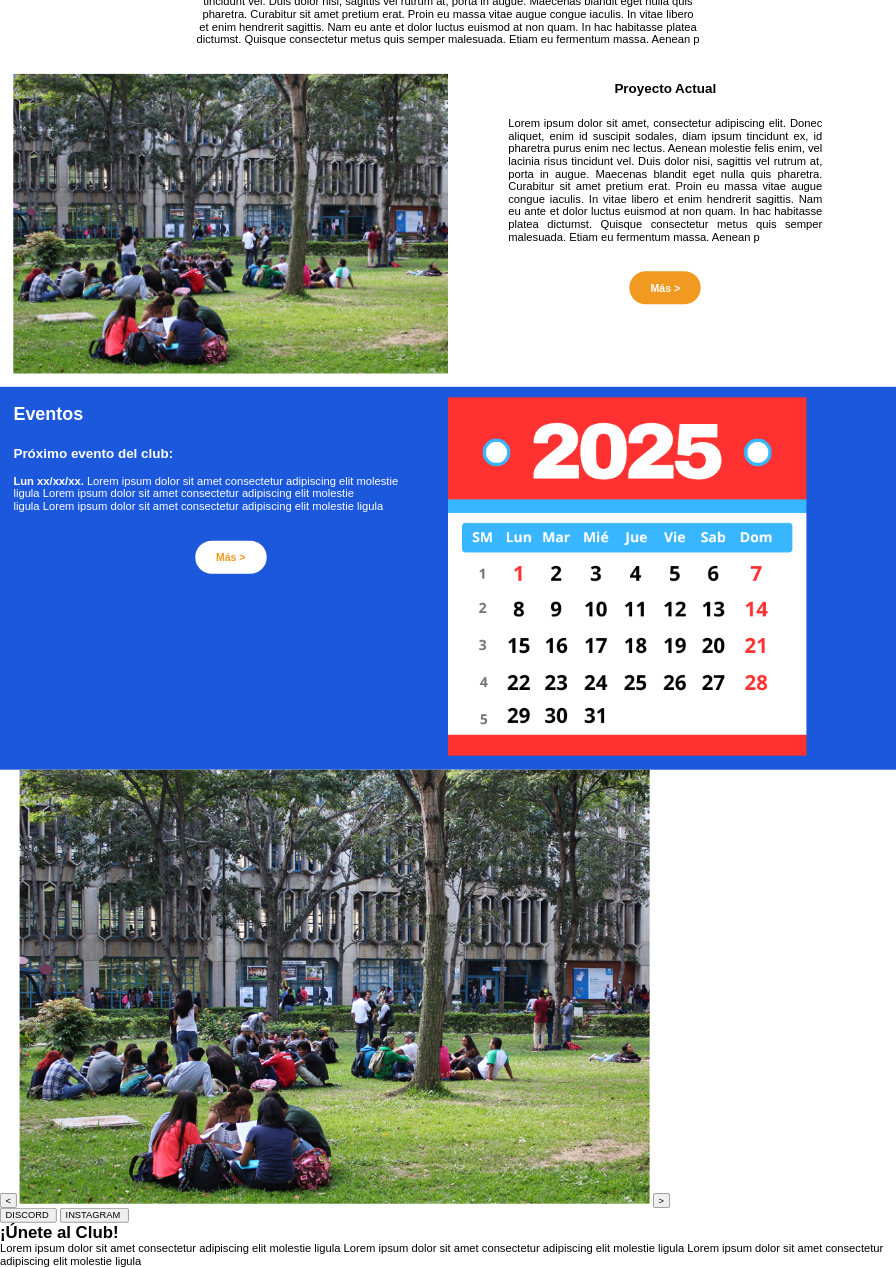
Repository: LuisR404/LandingPage
Page: Pages/QuienesSomos.html
These files come from the project's save history. The page is drawn as it stood at one moment and after a run of saves; the edit follows.
The browser window is 1280 px wide. The pictures show the part of the page from y = 692 to 2612 px (the page is 2502 px tall before and 2612 px after), at 70% of full size.

Above is the page before, as saved 2025-11-10 14:29:27.

### Pages/QuienesSomos.html
<!DOCTYPE html>
<html lang="es">
<head>
    <meta charset="UTF-8">
    <meta name="viewport" content="width=device-width, initial-scale=1.0">
    <link rel="stylesheet" href="../Styles/CommonStyles.css">   <!-- ESTILOS GENERALES -->
    <link rel="stylesheet" href="../Styles/QuienesSomos.css">   <!-- ESTILOS DE LA PÁGINA -->
    <title>Quienes Somos</title>
</head>

<body>
    <!-- TITULO -->
    <section class="header">
        <img src="../resources/club_icon.jpg" alt="" id="header-logo">
        <h1>UCAB | Club de Programación</h1>
    </section>

    <!-- NAV BAR -->
    <nav class="header-nav">
        <ul>
            <li><a href="./QuienesSomos.html">¿Quienes Somos?</a></li>
            <li><a href="./ActividadesYProyectos.html">Actividades y Proyectos</a></li>
            <li><a href="./CalendarioYEventos.html">Calendario y Eventos</a></li>
            <li><a href="./Galeria.html">Galería</a></li>
        </ul>
    </nav>

    <!-- QUIENES SOMOS -->
    <section class="quienes-somos">
        <div class="container">
            <div id="quienes-somos-text">
                <h2>¿Quiénes Somos?</h2>
                <p>
                    Lorem ipsum dolor sit amet consectetur adipiscing elit molestie ligula
                    Lorem ipsum dolor sit amet consectetur adipiscing elit molestie ligula
                    Lorem ipsum dolor sit amet consectetur adipiscing elit molestie ligula
                    Lorem ipsum dolor sit amet consectetur adipiscing elit molestie ligula
                </p>
            </div>

            <div id="quienes-somos-img">
                <img src="../resources/test_img.jpg" alt="">
            </div>
        </div>
    </section>

    <!-- RETOS DE FABIO -->
    <section class="retos-fabio">
        <div>
            <h3><i>RETOS DE FABIO</i></h3>
            <p>Descubre los retos de Fabio</p>
        </div>

        <img src="../resources/fabio.png" alt="">
    </section>

    <!-- ACTIVIDADES Y PROYECTOS -->
    <section class="actividades-proyectos">
        <h2>Actividades y Proyectos</h2>

        <p>
            Lorem ipsum dolor sit amet, consectetur adipiscing elit. Donec aliquet,
            enim id suscipit sodales, diam ipsum tincidunt ex, id pharetra purus enim nec lectus.
            Aenean molestie felis enim, vel lacinia risus tincidunt vel. Duis dolor nisi, sagittis
            vel rutrum at, porta in augue. Maecenas blandit eget nulla quis pharetra. Curabitur sit amet pretium erat.
            Proin eu massa vitae augue congue iaculis. In vitae libero et enim hendrerit sagittis.
            Nam eu ante et dolor luctus euismod at non quam. In hac habitasse platea dictumst.
            Quisque consectetur metus quis semper malesuada. Etiam eu fermentum massa. Aenean p
        </p>

        <div class="proyecto">
            <img src="../resources/test_img.jpg" alt="">

            <div>

                <h3>Proyecto Actual</h3>

                <p>
                    Lorem ipsum dolor sit amet, consectetur adipiscing elit. Donec aliquet,
                    enim id suscipit sodales, diam ipsum tincidunt ex, id pharetra purus enim nec lectus.
                    Aenean molestie felis enim, vel lacinia risus tincidunt vel. Duis dolor nisi, sagittis
                    vel rutrum at, porta in augue. Maecenas blandit eget nulla quis pharetra. Curabitur sit amet pretium erat.
                    Proin eu massa vitae augue congue iaculis. In vitae libero et enim hendrerit sagittis.
                    Nam eu ante et dolor luctus euismod at non quam. In hac habitasse platea dictumst.
                    Quisque consectetur metus quis semper malesuada. Etiam eu fermentum massa. Aenean p
                </p>

                <button>Más ></button>
            </div>
        </div>
    </section>

    <!-- EVENTOS -->
    <section class="eventos">
        <div>

            <h2>Eventos</h2>

            <h3>Próximo evento del club:</h3>

            <p>
                <b>Lun xx/xx/xx.</b>
                Lorem ipsum dolor sit amet consectetur adipiscing elit molestie ligula
                Lorem ipsum dolor sit amet consectetur adipiscing elit molestie ligula
                Lorem ipsum dolor sit amet consectetur adipiscing elit molestie ligula
            </p>

            <button>Más ></button>

        </div>

        <img src="../resources/calendario_test_img.png" alt="">
    </section>

    <!-- CARRUSEL -->
    <section>
        <button><</button>

        <img src="../resources/test_img.jpg" alt="">

        <button>></button>
    </section>

    <!-- UNETE -->
    <section>
        <div>
            <button>DISCORD <img src="" alt=""></button>
            <button>INSTAGRAM <img src="" alt=""></button>
        </div>

        <div>
            <h2>¡Únete al Club!</h2>

            <p>
                Lorem ipsum dolor sit amet consectetur adipiscing elit molestie ligula
                Lorem ipsum dolor sit amet consectetur adipiscing elit molestie ligula
                Lorem ipsum dolor sit amet consectetur adipiscing elit molestie ligula
            </p>
        </div>
    </section>

</body>
</html>

### Styles/CommonStyles.css
/* ============ ESTILOS DE PAGINA ============ */
* {
    font-family: Arial, Helvetica, sans-serif;
    margin: 0;
}

img {
    max-width: 100% ;
}

/* ============ HEADER ============ */
.header {
    display: flex;
    justify-content: center;
    align-items: center;

    padding-top: 15px;
    padding-bottom: 15px;
}

.header h1 {  /* ------> titulo */
    font-size: clamp(17px, 4vw, 20px);
    white-space: nowrap;

    margin-left: 15px;
}

#header-logo {  /* ------> logo */
    width: clamp(32px, 7vw, 40px);
    height: clamp(32px, 7vw, 40px);

    border-radius: 40%;
}

/* ========== NAV BAR ========== */
.header-nav {
    display: flex;
    justify-content: center;

    padding-top: 7.5px;
    padding-bottom: 7.5px;


    background-color: #1C58DB;
}

.header-nav ul {  /* ------> lista */
    display: flex;
    flex-direction: row;
    justify-content: space-around;

    width: 1100px;

    padding: 0;

    list-style: none;
}

.header-nav ul li a {  /* ------> links */
    text-decoration: none;
    color: white;
}

### Styles/QuienesSomos.css
/* =========== QUIENES SOMOS =========== */

.quienes-somos {
    display: flex;
    justify-content: center;

    width: 100%;

    background-image: url(../resources//test_img.jpg);
    background-position: center;
    background-size: 100%;
    background-color: grey
}

.quienes-somos .container {
    display: grid;
    grid-template-rows: 1fr;
    grid-template-columns: 2fr 1fr;

    width: 100%;

    padding-top: clamp(5px, 1.2vw, 25px);
    padding-bottom: clamp(10px, 1.5vw, 30px);
    padding-left: clamp(2px, 1.5vw, 30px);
    padding-right: clamp(2px, 1.5vw, 30px);

    backdrop-filter: blur(5px);
}

/* -----------> texto <----------- */

#quienes-somos-text {  /* ----------> contenedor */
    display: flex;
    flex-direction: column;

    padding: 10px 4vw 10px 10px;
}


#quienes-somos-text h2 { /* ----------> subtitulo */
    font-size: clamp(20px, 2vw, 30px);
    font-weight: 800;
    white-space: nowrap;
    color: white;

    padding: 10px 15px 10px 15px;
    margin-bottom: 20px;

    border-radius: 30px;

    background-color: #1C58DB;
}

#quienes-somos-text p { /* ----------> parrafo */
    font-size: auto;
    color: white;

    justify-content: center;

    padding: 0px 20px;
}

/* -----------> imagen <----------- */

#quienes-somos-img { /* ----------> contenedor */
    width: 100%;
    height: auto;

    align-content: center;

    overflow: hidden;
}

#quienes-somos-img img{  /* ----------> imagen */
    width: 100%;
    height: auto;

    border: 1px solid   rgba(0, 0, 0, 0.2);
    border-radius: 18% 10px 18% 10px;

    background-color: rgba(255, 162, 0, 0.258);

    aspect-ratio: auto;
    object-fit: cover;
}

/* -----------> media queries <----------- */

@media (max-width: 600px) {

    .quienes-somos .container {
        grid-template-columns: 1fr; /* ------> ajusta la disposicion del grid */
    }

    #quienes-somos-img {
        display: none; /* --------> invisibiliza la imagen */
    }
}


/* =========== RETOS DE FABIO =========== */

.retos-fabio {
    display: grid;
    grid-template-columns: 1fr 300px;

    text-wrap: nowrap;

    margin-top: 10px;

    background-color: rgb(20, 0, 67);
    background-image: url('../resources/textura.jpg');
    background-size:15vw;
    background-blend-mode:color-burn;
}

/* -----------> texto <----------- */
.retos-fabio div {
    text-align: center;
    align-self: center;
    color: white;
    width: 100%;
}

/* -----------> imagen <----------- */
.retos-fabio img {
    justify-self: end;

    max-width: 200px;
    height: auto;

    margin-right: 100px;
    margin-top: 10px;
}

/* -----------> efecto hover <----------- */
.retos-fabio:hover {
    cursor: pointer;
}

/* -----------> media queries <----------- */

@media (max-width: 600px) {
    .retos-fabio {  /* ----------> ajusta la disposicion del grid */
        grid-template-columns: 1fr;
    }

    .retos-fabio img {  /* ----------> desaparece la imagen */
        display: none;
    }

    .retos-fabio div {  /* ----------> ajusta el texto y el margen */
        font-size: 12px;

        padding: 10px;
    }
}


/* =========== ACTIVIDADES Y PROYECTOS =========== */

.actividades-proyectos {
    display: flex;
    flex-direction: column;

    padding-top: clamp(5px, 1.2vw, 25px);
    padding-bottom: clamp(10px, 1.5vw, 30px);
    padding-left: clamp(2px, 1.5vw, 30px);
    padding-right: clamp(2px, 1.5vw, 30px);

}

.actividades-proyectos h2 {  /* ----------> subtitulo */
    font-size: clamp(20px, 2vw, 30px);
    font-weight: 800;
    text-align: center;
    white-space: nowrap;

    padding: 10px 15px 10px 15px;
    margin-bottom: 20px;
}

.actividades-proyectos p {  /* ----------> parrafo */
    text-align: center;
    text-wrap: balance;

    align-self: center;

    max-width: 60%;

    margin-bottom: 40px;
}

/* -----------> proyecto <----------- */

.proyecto {
    display: grid;
    grid-template-rows: 1fr;
    grid-template-columns: 1fr 1fr;
}

/* ----------->> imagen <<----------- */

.proyecto img {
    justify-self: right;
}

/* ----------->> texto <<----------- */

.proyecto div {  /* ----------> contenedor */
    display: flex;
    flex-direction: column;
    justify-self: left;

    padding-left: 30px;
    padding-right: 30px;
}

.proyecto div h3 {  /* ----------> subtitulo */
    font-size: clamp(15px, 1.5vw, 25px);
    font-weight: 800;
    text-align: center;
    white-space: nowrap;

    padding: 10px 15px 10px 15px;
    margin-bottom: 20px;
}

.proyecto div p {  /* ----------> parrafo */
    text-align: justify;
    hyphenate-limit-chars: 2;
    text-wrap: balance;

    align-self: center;

    max-width: 80%;

    margin-bottom: 40px;
}

.proyecto div button {  /* ----------> boton mas */
    font-size: 15px;
    font-weight: 800;
    color: white;

    align-self: center;

    width: fit-content;

    padding: 15px 30px;

    border: none;
    border-radius: 25px;
    background-color: #F29922;
}

/* =========== EVENTOS =========== */

.eventos {
    display: grid;
    grid-template-rows: 1fr;
    grid-template-columns: 1fr 1fr;

    max-width: 100%;

    padding-top: clamp(5px, 1.2vw, 25px);
    padding-bottom: clamp(10px, 1.5vw, 30px);
    padding-left: clamp(2px, 1.5vw, 30px);
    padding-right: clamp(2px, 1.5vw, 30px);

    background-color: #1C58DB;
}

/* ----------->> texto <<----------- */

.eventos div {
    display: flex;
    flex-direction: column;

    color: white;
}

.eventos div h2 {
    font-size: clamp(20px, 2vw, 30px);
    font-weight: 800;
    text-align: left;
    white-space: nowrap;

    padding: 10px 0px;
    margin-bottom: 20px;
}

.eventos div h3 {
    font-size: clamp(15px, 1.5vw, 25px);
    font-weight: 800;
    text-align: left;
    white-space: nowrap;

    margin-bottom: 20px;
}

.eventos div p {
    text-align: left;
    /* hyphenate-limit-chars: 2; */
    text-wrap: balance;
    align-self: left;

    margin-bottom: 40px;
}

.eventos div button {
    font-size: 15px;
    font-weight: 800;
    color: #F29922;

    align-self: center;

    width: fit-content;

    padding: 15px 30px;

    border: none;
    border-radius: 25px;
    background-color: white;
}

#eventos-img { /* ----------> contenedor */
    width: 100%;
    height: auto;

    align-content: center;

    overflow: hidden;
}

#eventos-img img{  /* ----------> imagen */
    width: 100%;
    height: auto;

    border: 1px solid   rgba(0, 0, 0, 0.2);
    border-radius: 18% 10px 18% 10px;

    background-color: rgba(255, 162, 0, 0.258);

    aspect-ratio: auto;
    object-fit: cover;
}

After the next 2 saves:
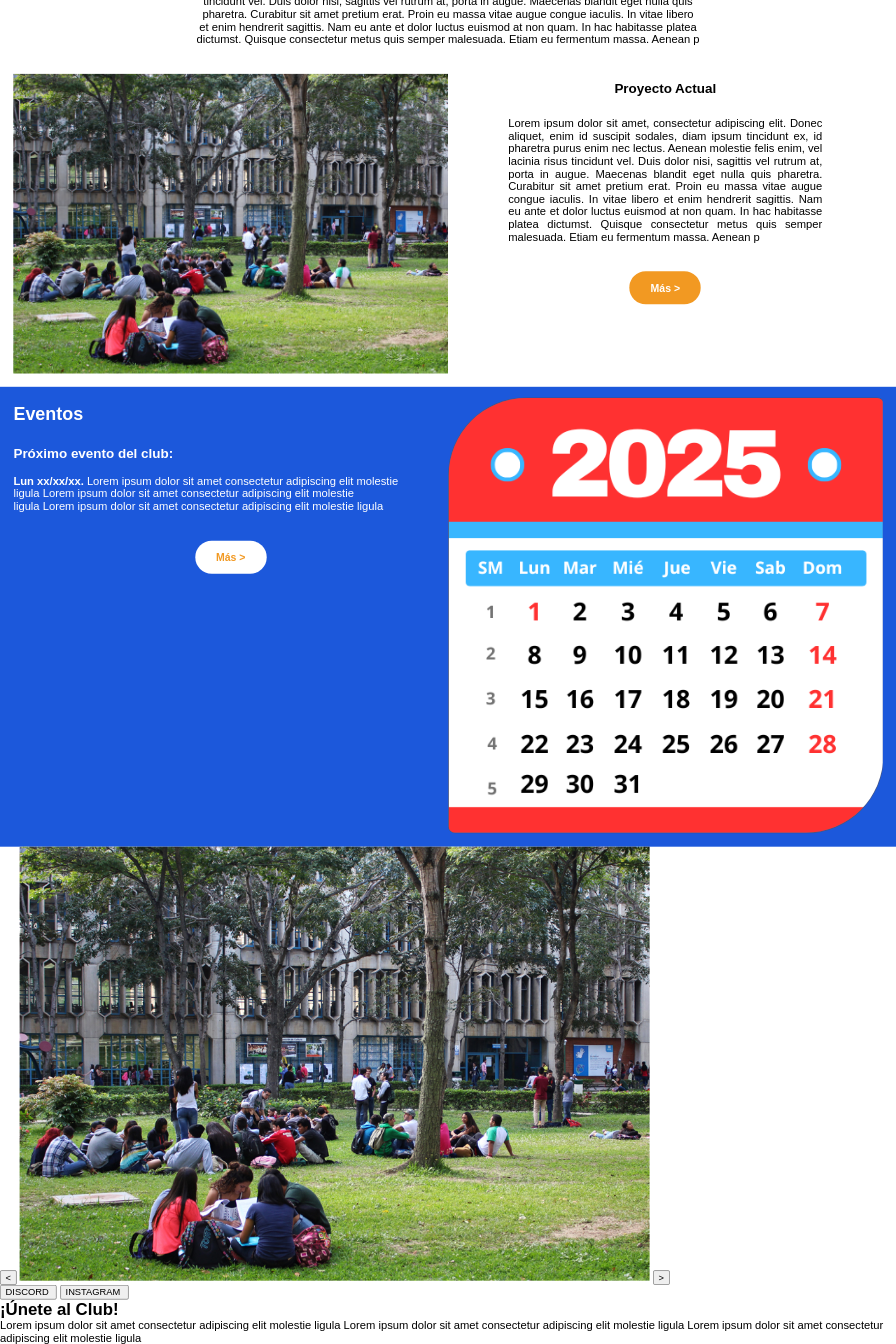
The 2 saves are shown as one change because they came seconds apart.
The last was saved 42 s later.
--- a/Pages/QuienesSomos.html
+++ b/Pages/QuienesSomos.html
@@ -109,7 +109,9 @@
 
         </div>
 
-        <img src="../resources/calendario_test_img.png" alt="">
+        <div id="eventos-img">
+            <img src="../resources/calendario_test_img.png" alt="">
+        </div>
     </section>
 
     <!-- CARRUSEL -->
